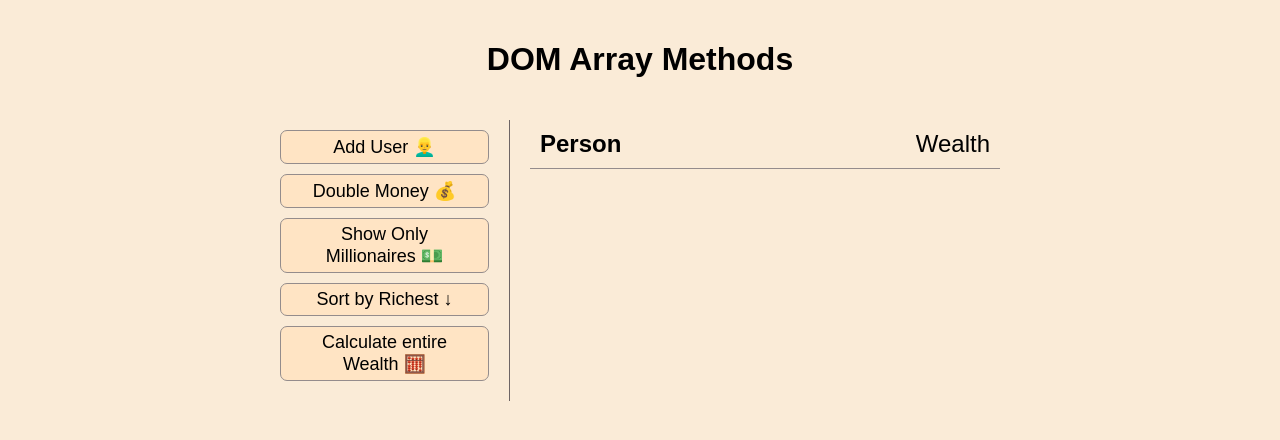
Repository: AbrorjonKuchkarov/DOM-Array-Methods
Page: index.html
The author's editor kept a copy of each file at every save. The page is drawn from the files as they stood at one save, then again after the next save.
The browser window is 1280 px wide. The pictures show the whole page.

Above is the page before, as saved 2022-02-24 15:49:08.

After the next save:
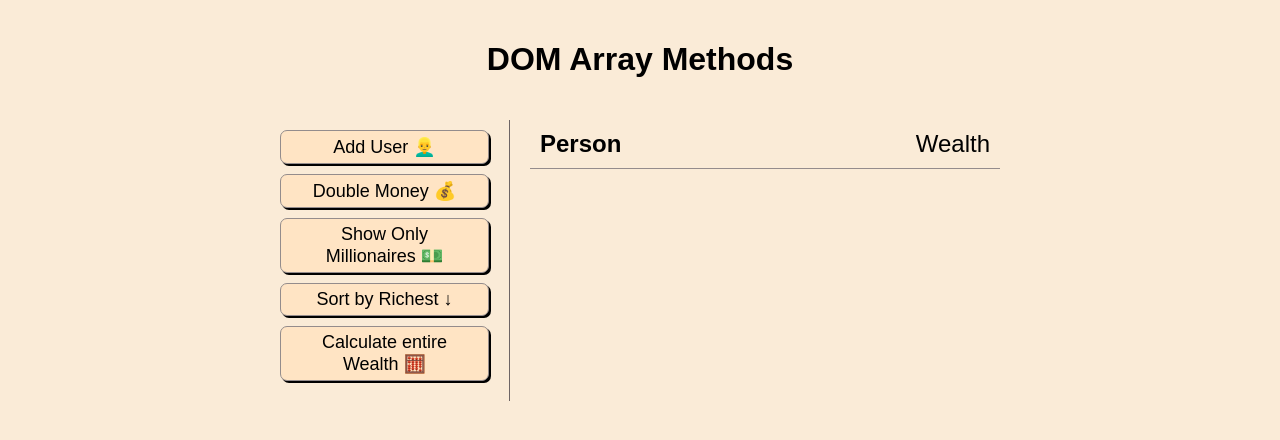
Saved 94 s later.
--- a/style.css
+++ b/style.css
@@ -37,6 +37,7 @@
    padding: 5px 15px;
    border: 1px solid rgb(148, 140, 140);
    background-color: bisque;
+   box-shadow: 2px 2px;
 }
 
 main{

After the save that followed:
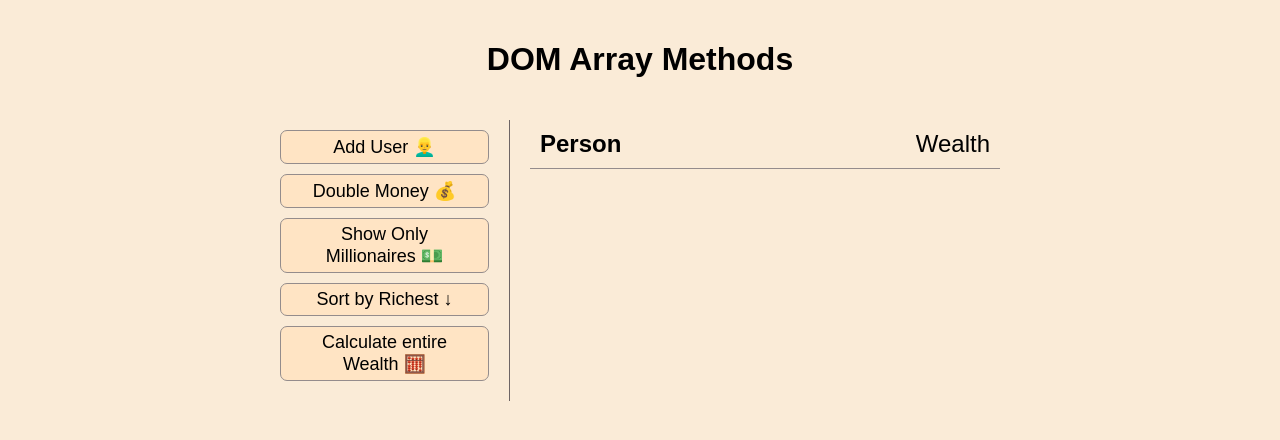
Saved 49 s later.
--- a/style.css
+++ b/style.css
@@ -37,7 +37,11 @@
    padding: 5px 15px;
    border: 1px solid rgb(148, 140, 140);
    background-color: bisque;
-   box-shadow: 2px 2px;
+
+}
+
+button:hover {
+   box-shadow: 2px 2px ;
 }
 
 main{
